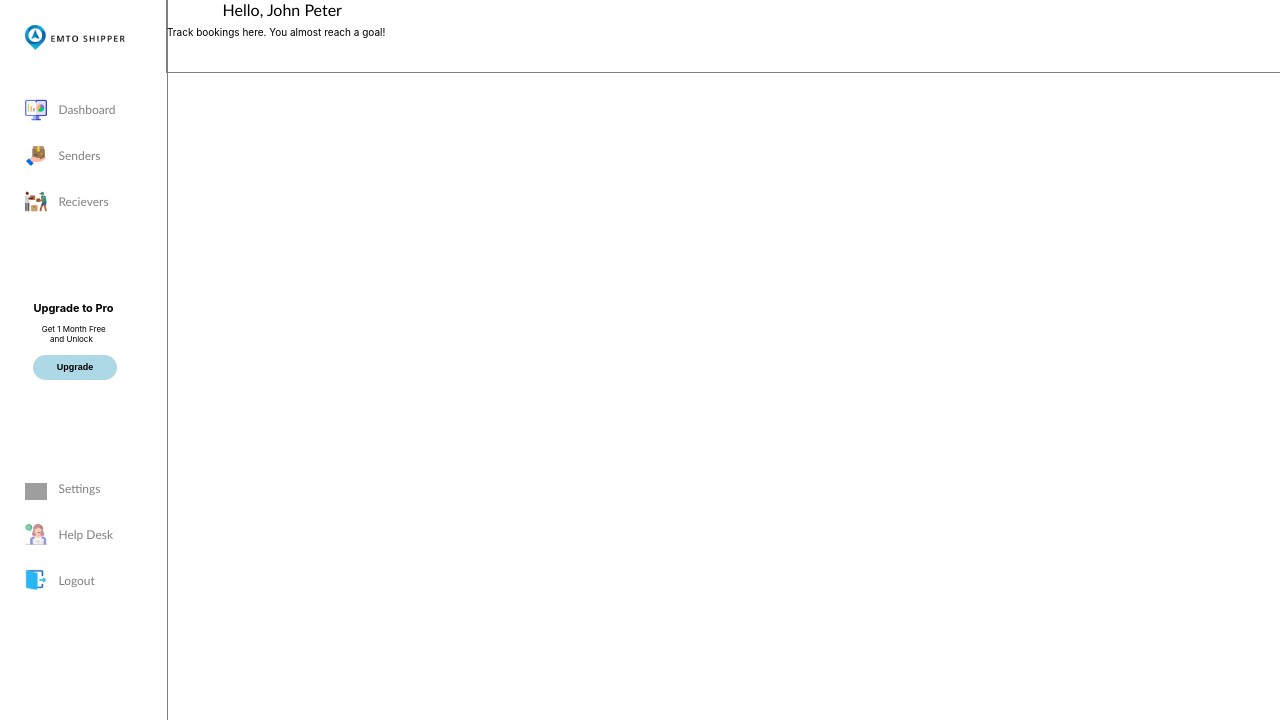
Repository: RoshanArun/Emto-Web
Page: /dashboard (app in emto/reactfirst/)
The author's editor kept a copy of each file at every save. The page is drawn from the files as they stood at one save, then again after a run of saves.
The browser window is 1280 px wide. The pictures show the whole page.
Pictures or frames that could not be fetched are drawn as grey boxes. The project was rebuilt for these pictures with package versions that can differ from the ones it lists, and the page was loaded fresh each time. Also part of the build but not shown: emto/reactfirst/src/pages/SignUp/SignUp.css, emto/reactfirst/src/pages/SignUp/SignUp.js, emto/reactfirst/src/pages/Login/Login.js.

Above is the page before, as saved 2023-07-26 01:01:25.

### emto/reactfirst/src/App.js
import React from 'react';
import './pages/Login/Login.css';
import './pages/SignUp/SignUp.css';
import './pages/DashBoard/DashBoard.css';

import { BrowserRouter as Router, Routes, Route }
    from 'react-router-dom';

import SignUp from './pages/SignUp/SignUp';
import Login from './pages/Login/Login';
import DashBoard from './pages/DashBoard/DashBoard';


function App() {
    return (
        <Router>
            <Routes>
                <Route exact path='/' element={<Login />} />
                <Route path='/sign-up' element={<SignUp />} />
                <Route path='/dashboard' element={<DashBoard />} />
            </Routes>
        </Router>
    );
}

export default App;

### emto/reactfirst/src/pages/Login/Login.css
.wrapper {
  width: 100%;
  height: 100%;
  display: flex;
  flex-basis: 100%;
}

.page-left {
  width: 30%;
  min-width: 250px;
  height: 100vh;
  min-height: 570px;
  background-color: #f5f5f5;
}

.page-right {
  width: 100%;
  height: 75vh;
  background-color: #ffffff;
}

.logo {
  width: 60%;
  padding-top: 5%;
  padding-left: 5%;
  padding-bottom: 35%;
}

.truck {
  width: 100%;
  padding-bottom: 10%;
}

.emtocaption {
  width: 65%;
  padding-left: 7%;
  padding-bottom: 5%;
}

.box {
  width: 85%;
  background-color: white;
  border-radius: 25px;
  margin-left: 5%;
  padding-left: 5%;
  padding-top: 2%;
  padding-bottom: 10%;
}

.details {
  font-size: 13px;
  font-family: 'Gill Sans', 'Gill Sans MT', Calibri, 'Trebuchet MS', sans-serif;
  padding-bottom: 8%;
}

.link {
  font-size: 10px;
  font-family: 'Gill Sans', 'Gill Sans MT', Calibri, 'Trebuchet MS', sans-serif;
}

.signin-content {
  height: 85%;
  width: 240px;
  margin-left: auto;
  margin-right: auto;
  padding-top: 30vh;
  min-height: 300px;
}

.signin-label {
  font-size: 27px;
  padding-bottom: 10%;
  padding-right: 30%;
  font-family: 'Gill Sans', 'Gill Sans MT', Calibri, 'Trebuchet MS', sans-serif;
  float: left;
}

.num-label {
  float: left;
  font-size: 12px;
  margin-bottom: 7px;
  font-family: 'Gill Sans', 'Gill Sans MT', Calibri, 'Trebuchet MS', sans-serif;
}

.numinput {
  border-radius: 5px;
  border: 1px solid lightgrey;
  height: 35px;
  width: 235px;
  float: left;
}

input::-webkit-inner-spin-button {
  -webkit-appearance: none;
  margin: 0;
}

.small {
  display: block;
  margin-bottom: -10px;
}

.invalidnumber {
  font-size: 8px;
  float: right;
  color: red;
}

.OTP-label {
  float: left;
  font-size: 11px;
  margin-right: 200px;
  margin-bottom: 7px;
  font-family: 'Gill Sans', 'Gill Sans MT', Calibri, 'Trebuchet MS', sans-serif;
}

.OTPNUM-input {
  width: 50px;
  height: 50px;
  border-radius: 5px;
  border: 1px solid lightgrey;
  position: relative;
  margin-right: 6px;
}

.OTPNUM-inputend {
  width: 50px;
  height: 50px;
  border-radius: 5px;
  border: 1px solid lightgrey;
  position: relative;
}

.invalidOTP {
  font-size: 8px;
  float: right;
  color: red;
}

.submit-button {
  width: 240px;
  height: 35px;
  background-color: #0d69ae;
  color: white;
  border-radius: 5px;
  border: 1px solid lightgrey;
  font-family: 'Gill Sans', 'Gill Sans MT', Calibri, 'Trebuchet MS', sans-serif;
  font-size: 11px;
  margin-top: 10px;
}

.bottom {
  height: 5%;
  margin-top: 1.5%;
  width: 100%;
  font-size: 9px;
  font-family: 'Gill Sans', 'Gill Sans MT', Calibri, 'Trebuchet MS', sans-serif;
}

.terms {
  margin-left: 5px;
  float: left;
}

.language {
  font-size: 9px;
  float: right;
  font-family: 'Gill Sans', 'Gill Sans MT', Calibri, 'Trebuchet MS', sans-serif;
  padding: 3px;
  margin-right: 10px;
}

.radio-button {
  float: right;
  height: 10px;
  width: 10px;
}

@media (max-width: 600px) {
  .wrapper {
    flex-wrap: wrap;
  }

  div {
    flex-basis: 33%;
  }

  .page-left {
    width: 100%;
    min-width: 100%;
    height: 100%;
    background-color: #f5f5f5;
  }

  .box {
    width: 85%;
    background-color: white;
    border-radius: 25px;
    margin-left: 5%;
    padding-left: 5%;
    padding-top: 2%;
    padding-bottom: 5%;
    margin-bottom: 5%;
  }

  .page-right {
    width: 100%;
    min-width: 100%;
    height: 150vw;
    background-color: #f5f5f5;
  }

  .signin-content {
    height: 85%;
    width: 240px;
    padding-top: 25vh;
    text-align: center;

  }
}

### emto/reactfirst/src/pages/DashBoard/DashBoard.css
.dashboard-top{
    height: 10vh;
    width: 100vw;
    outline: 1px solid gray;
}

.dashboard-left {
    width: 15vw;
    height: 100vh;
    outline: 1px solid gray;
}

.dashboardlogo {
    width: 60%;
    margin-top: 15%;
    margin-bottom: 15%;
    margin-left: 15%;
}

.dashboardicon {
    margin-top: 12%;
    margin-left: 15%;
    width: 13%;
}

.dashboardlabels{
    margin-left: 7%;
    font-size: 12px;
    position: relative;
    bottom: .5vw;
    font-family: 'Gill Sans', 'Gill Sans MT', Calibri, 'Trebuchet MS', sans-serif;
    color: gray;
}

.pro{
    margin-left: 20%;
    font-size: 11px;
    font-weight: bold;

}

.unlock{
    margin-left: 25%;
    font-size: 8px;
    word-wrap: break-word;

}

.unlock2{
    margin-left: 30%;
    font-size: 8px;
    word-wrap: break-word;
}

.upgrade {
    background-color: lightblue; /* Green */
    border: none;
    text-align: center;
    font-size: 9px;
    font-weight: bold;
    margin-left: 20%;
    margin-top: 5%;
    border-radius: 15px;
    width: 50%;
    height: 3.5%;
    margin-bottom: 50%;
  }

  .intro{
    font-size: 16px;
    font-family: 'Gill Sans', 'Gill Sans MT', Calibri, 'Trebuchet MS', sans-serif;
    padding-left: 5%;
    padding-top: 50%;

  }

  .introsub{
    font-size: 10px;;
  }

### emto/reactfirst/src/pages/DashBoard/DashBoard.js
import React from 'react';
import IMAGES from '../../Components';

const DashBoard = () => {
    return (
        <div class="DashBoard">
            <meta name="viewport" content="width=device-width, initial-scale=1.0" />
            <div class="wrapper">


                <div class="dashboard-left">
                    <img src={IMAGES.emtologo} class="dashboardlogo" alt="dashboardlogo" /><br></br>
                    <img src={IMAGES.dashboard} class="dashboardicon" alt="dashboardlogo" /><label class="dashboardlabels">Dashboard</label><br></br>
                    <img src={IMAGES.senders} class="dashboardicon" alt="dashboardlogo" /><label class="dashboardlabels">Senders</label><br></br>
                    <img src={IMAGES.recievers} class="dashboardicon" alt="dashboardlogo" /><label class="dashboardlabels">Recievers</label><br></br><br></br><br></br><br></br><br></br>
                    <label class="pro">Upgrade to Pro</label><br></br>
                    <label class="unlock">Get 1 Month Free</label><span class="small"></span>
                    <label class="unlock2">and Unlock</label><br></br>
                    <button class="upgrade">Upgrade</button><br></br>

                    <img src={IMAGES.settings} class="dashboardicon" alt="dashboardlogo" /><label class="dashboardlabels">Settings</label><br></br>
                    <img src={IMAGES.csx} class="dashboardicon" alt="dashboardlogo" /><label class="dashboardlabels">Help Desk</label><br></br>
                    <img src={IMAGES.logout} class="dashboardicon" alt="dashboardlogo" /><label class="dashboardlabels">Logout</label><br></br>
                </div>


                <div class="dashboard-top">
                    <label class="intro">Hello, John Peter</label><br></br>
                    <label class="introsub">Track bookings here. You almost reach a goal!</label><br></br>

                </div>
            </div>
        </div>
    );
}



export default DashBoard;

### emto/reactfirst/src/Components/index.js
const IMAGES = {
    emtocaption: require('./emto-caption.png'),
    emtotruck: require('./emtotruck.jpg'),
    emtologo: require('./emto-logo.png'),

    dashboard: require('./business-report.png'),
    senders: require('./senders.png'),
    recievers: require('./recievers.png'),

    settings: require('./settings.png'),
    csx: require('./customer-service.png'),
    logout: require('./logout.png'),

}

export default IMAGES;

Loaded but not shown: emto/reactfirst/public/index.html (common file); emto/reactfirst/src/index.js (common file); emto/reactfirst/src/index.css (common file); emto/reactfirst/src/reportWebVitals.js (common file)

After the next 3 saves:
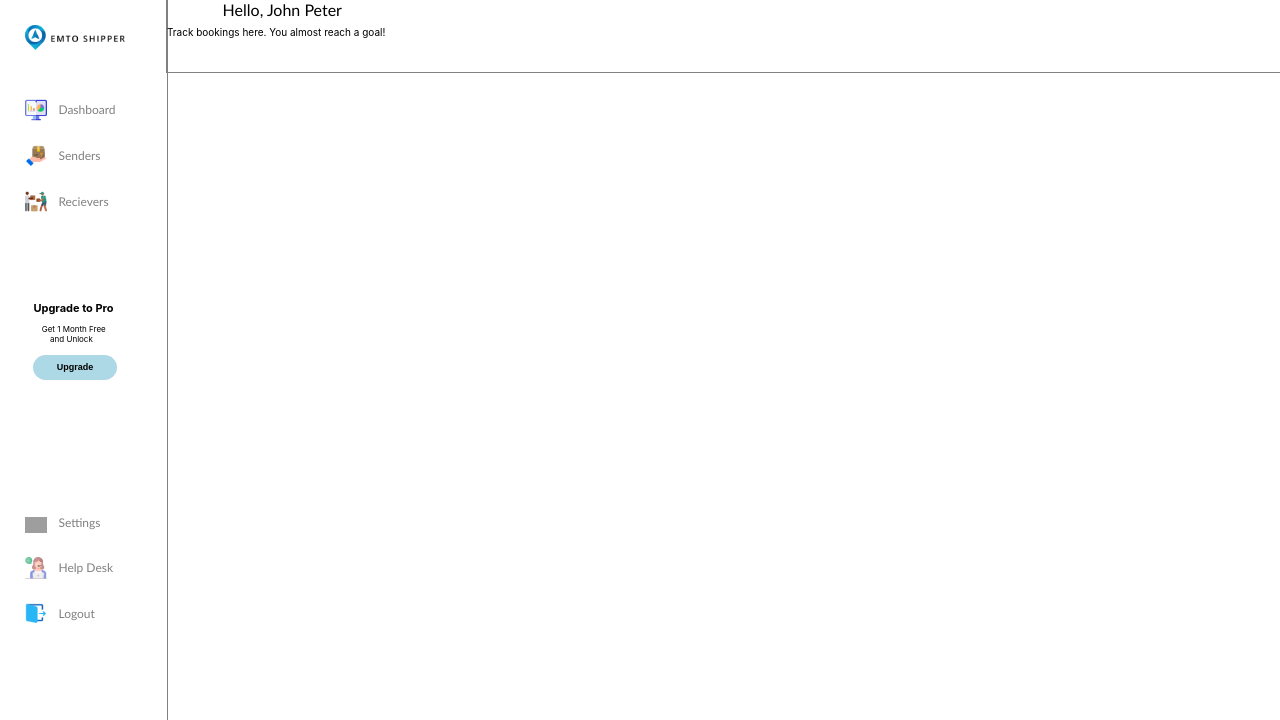
The 3 saves are shown as one change because they came seconds apart.
The last was saved 11 s later.
--- a/emto/reactfirst/src/pages/DashBoard/DashBoard.css
+++ b/emto/reactfirst/src/pages/DashBoard/DashBoard.css
@@ -63,14 +63,14 @@
     border-radius: 15px;
     width: 50%;
     height: 3.5%;
-    margin-bottom: 50%;
+    margin-bottom: 70%;
   }
 
   .intro{
     font-size: 16px;
     font-family: 'Gill Sans', 'Gill Sans MT', Calibri, 'Trebuchet MS', sans-serif;
     padding-left: 5%;
-    padding-top: 50%;
+    padding-top: 40%;
 
   }
 
